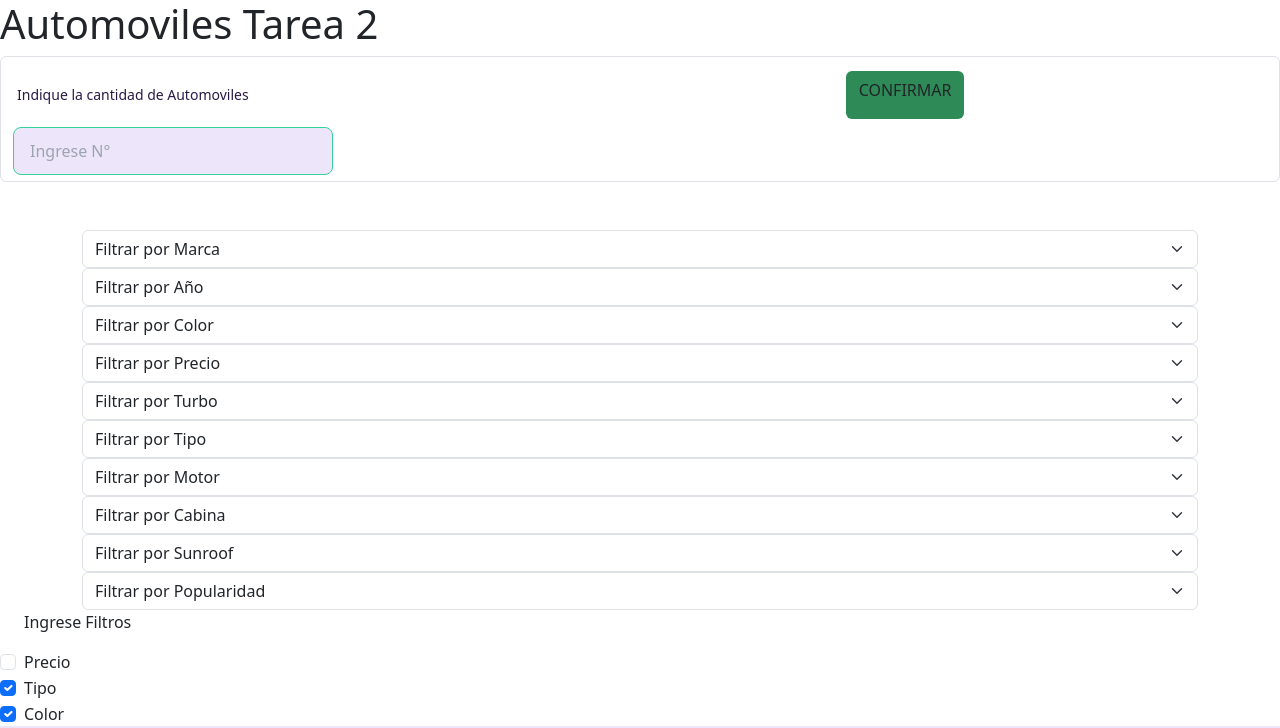
Repository: Claudioxs/Tarea2
Page: /automovil (app in FrontEnd/vue-project/)
The author's editor kept a copy of each file at every save. The page is drawn from the files as they stood at one save, then again after the next save.
The browser window is 1280 px wide. The pictures show the whole page.
The project was rebuilt for these pictures with package versions that can differ from the ones it lists, and the page was loaded fresh each time. Also part of the build but not shown: FrontEnd/vue-project/vite.config.js, FrontEnd/vue-project/src/components/HelloWorld.vue.

Above is the page before, as saved 2023-05-22 22:52:26.

After the next save:
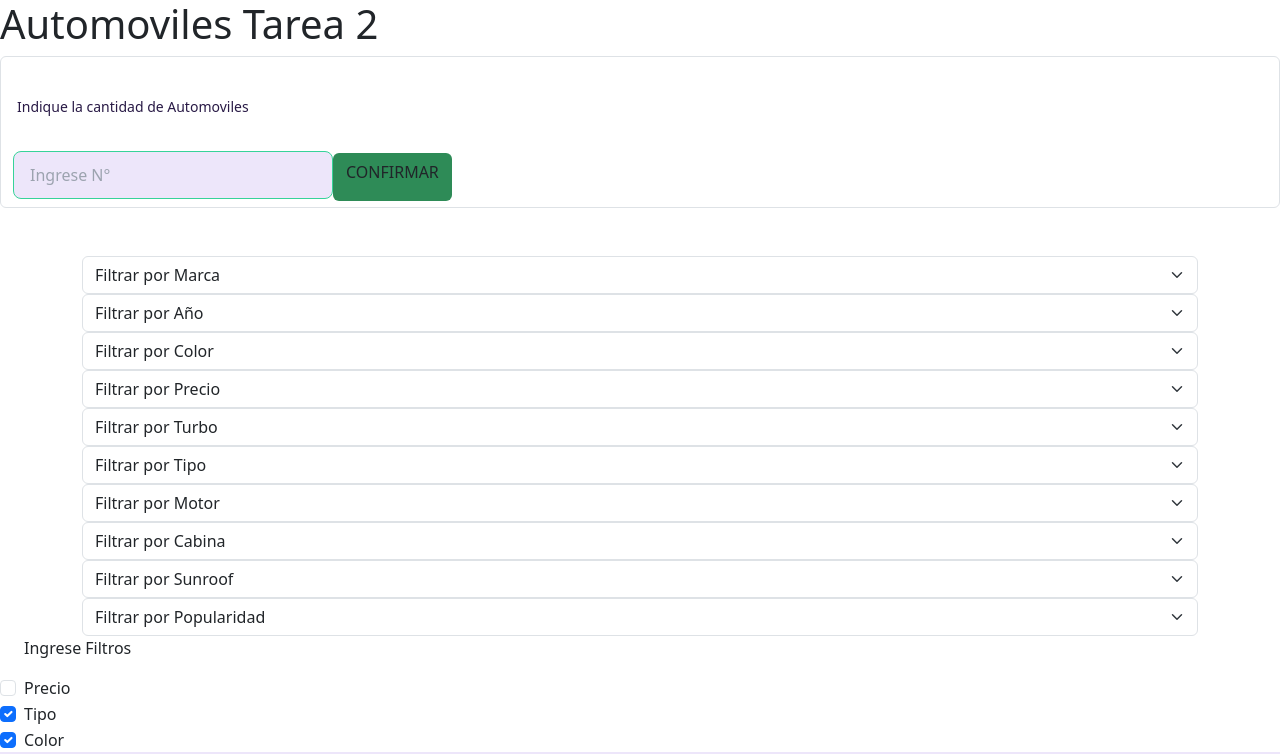
Saved 52 s later.
--- a/FrontEnd/vue-project/src/views/Automovil.vue
+++ b/FrontEnd/vue-project/src/views/Automovil.vue
@@ -7,11 +7,12 @@
 <div class="form-control ">
   <label class="label">
     <span class="label-text">Indique la cantidad de Automoviles </span> <br>
-    <label for="ModalBorrar"  @click="crearAutomovil(label-text)" class="btn" style="background-color: seagreen">Confirmar</label>
+
     <br><br>
 
   </label>
   <input type="number" placeholder="Ingrese N°" class="input input-bordered input-success w-full max-w-xs" />
+  <label for="ModalBorrar"  @click="crearAutomovil(label-text)" class="btn" style="background-color: seagreen">Confirmar</label>
 
 </div>
 <br><br>
